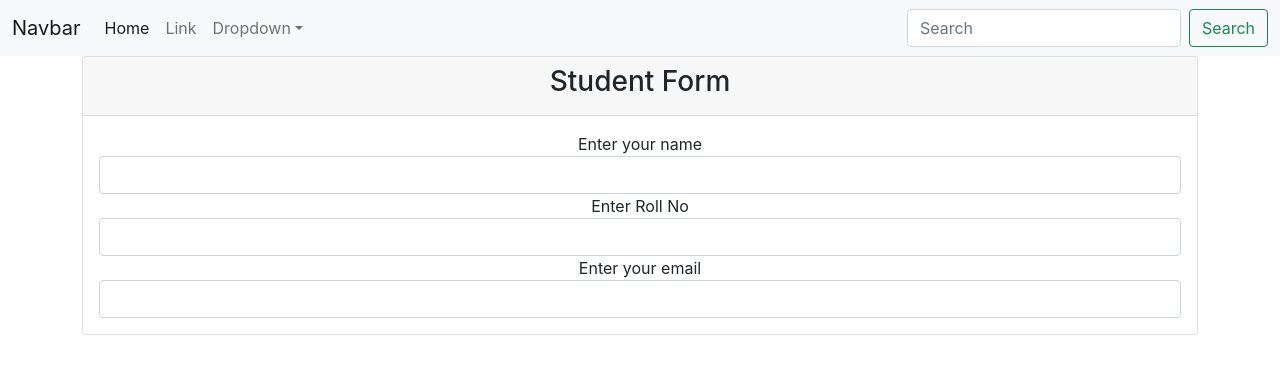
Repository: Ali0548/WebEducatorz-Batch6-7-9-10
Page: / (app in frontend/)
These files come from the project's save history. The page is drawn as it stood at one moment and after the next save; the edit follows.
The browser window is 1280 px wide. The pictures show the whole page.
The project was rebuilt for these pictures with package versions that can differ from the ones it lists, and the page was loaded fresh each time.

Above is the page before, as saved 2023-11-26 16:37:24.

### frontend/src/App.js
import logo from './logo.svg';
import './App.css';

function App() {
  return (
    <div className="App">
      <nav className="navbar navbar-expand-lg navbar-light bg-light">
        <div className="container-fluid">
          <a className="navbar-brand" href="#">Navbar</a>
          <button className="navbar-toggler" type="button" data-bs-toggle="collapse" data-bs-target="#navbarSupportedContent" aria-controls="navbarSupportedContent" aria-expanded="false" aria-label="Toggle navigation">
            <span className="navbar-toggler-icon"></span>
          </button>
          <div className="collapse navbar-collapse" id="navbarSupportedContent">
            <ul className="navbar-nav me-auto mb-2 mb-lg-0">
              <li className="nav-item">
                <a className="nav-link active" aria-current="page" href="#">Home</a>
              </li>
              <li className="nav-item">
                <a className="nav-link" href="#">Link</a>
              </li>
              <li className="nav-item dropdown">
                <a className="nav-link dropdown-toggle" href="#" id="navbarDropdown" role="button" data-bs-toggle="dropdown" aria-expanded="false">
                  Dropdown
                </a>
                <ul className="dropdown-menu" aria-labelledby="navbarDropdown">
                  <li><a className="dropdown-item" href="#">Action</a></li>
                  <li><a className="dropdown-item" href="#">Another action</a></li>
                  <li><hr className="dropdown-divider" /></li>
                  <li><a className="dropdown-item" href="#">Something else here</a></li>
                </ul>
              </li>

            </ul>
            <form className="d-flex">
              <input className="form-control me-2" type="search" placeholder="Search" aria-label="Search" />
              <button className="btn btn-outline-success" type="submit">Search</button>
            </form>
          </div>
        </div>
      </nav>
      <div className="container">
        <div className="card">
          <div className="card-header">
            <h3 className="card-title">Student Form</h3>
          </div>
          <div className="card-body">
            <div className="form-group">
              <label htmlFor="">Enter your name</label>
              <input type="text" className="form-control" />
            </div>
            <div className="form-group">
              <label htmlFor="">Enter Roll No</label>
              <input type="text" className="form-control" />
            </div>
            <div className="form-group">
              <label htmlFor="">Enter your email</label>
              <input type="text" className="form-control" />
            </div>
          </div>
        </div>
      </div>
    </div>
  );
}

export default App;

Loaded but not shown: frontend/public/index.html (common file); frontend/src/index.js (common file); frontend/src/index.css (common file); frontend/src/reportWebVitals.js (common file); frontend/src/App.css (common file)

After the next save:
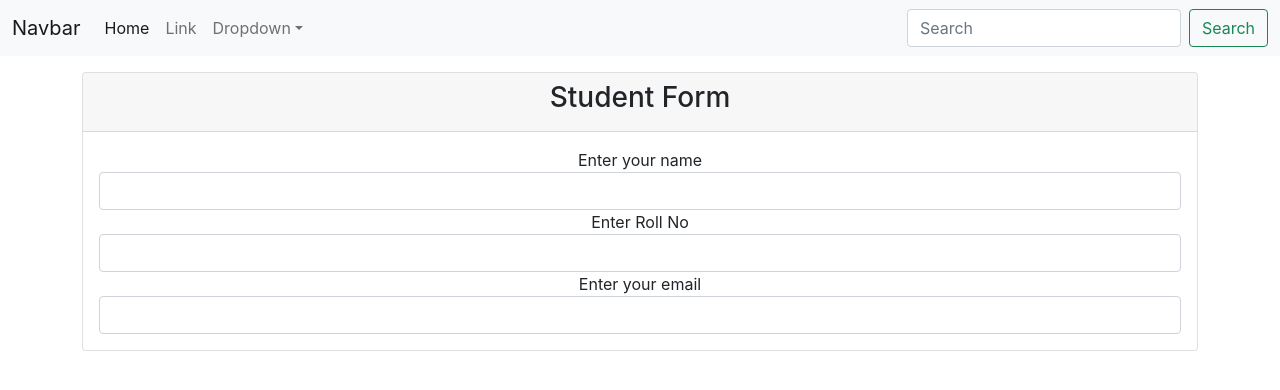
Saved 47 s later.
--- a/frontend/src/App.js
+++ b/frontend/src/App.js
@@ -38,7 +38,7 @@ function App() {
           </div>
         </div>
       </nav>
-      <div className="container">
+      <div className="container my-3">
         <div className="card">
           <div className="card-header">
             <h3 className="card-title">Student Form</h3>
